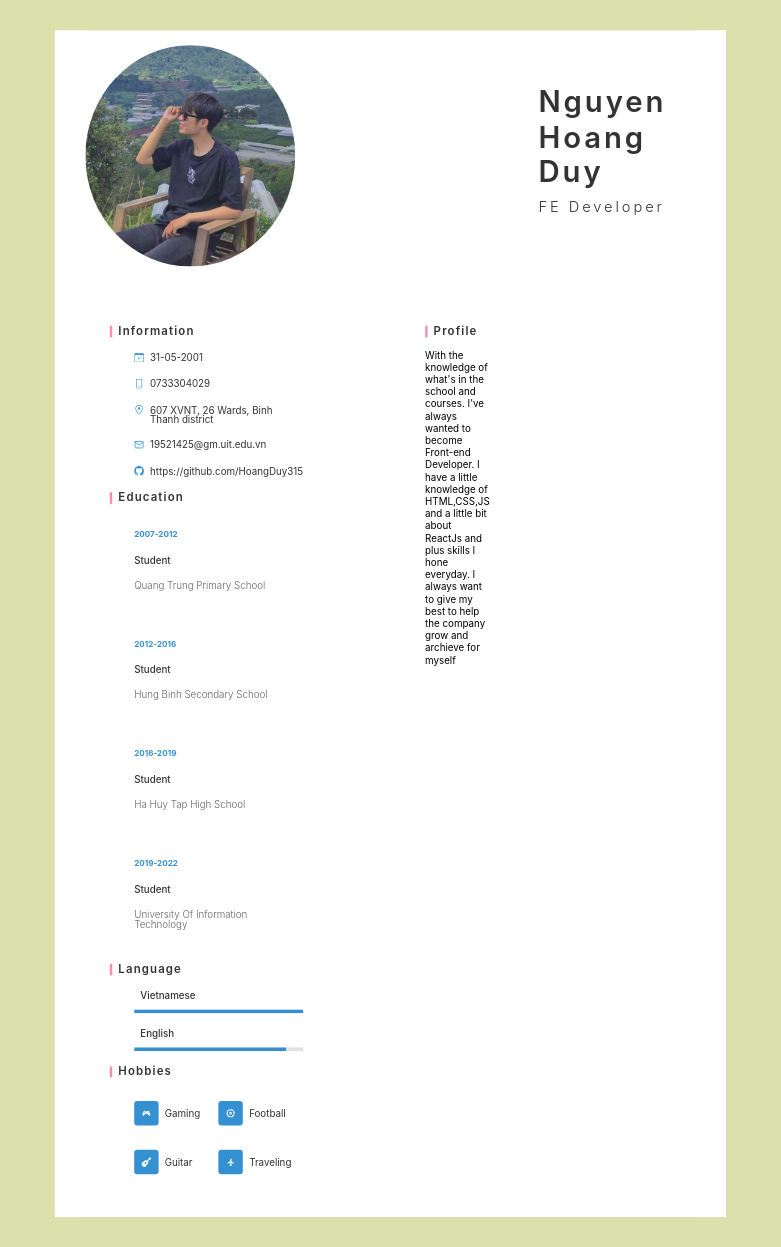
Repository: HoangDuy315/HW_TVK
Page: / (app in hw3cv/)
An editor plug-in stored every save of this project. The page is shown before and after the next save, followed by the edit.
The browser window is 1280 px wide. The pictures show the whole page, at 61% of full size.
The project was rebuilt for these pictures with package versions that can differ from the ones it lists, and the page was loaded fresh each time. Also part of the build but not shown: hw3cv/src/App.css.

Above is the page before, as saved 2022-11-02 12:39:04.

### hw3cv/src/App.js
import "./App.css";
import Cv from "./components/Cv";

function App() {
  return (
    <>
      <Cv />
    </>
  );
}

export default App;

### hw3cv/src/components/Cv.jsx
import React from "react";
import "./Cv.css";
import logo from "../assets/123.JPG";
import { BsCalendarCheck, BsPhone, BsGithub } from "react-icons/bs";
import { GoLocation } from "react-icons/go";
import { FiMail } from "react-icons/fi";
import { GiGamepad } from "react-icons/gi";
import { BiFootball } from "react-icons/bi";
import { FaGuitar } from "react-icons/fa";
import { TiPlane } from "react-icons/ti";

const Cv = () => {
  return (
    <div className="bdy">
      <div className="container">
        <div className="top">
          <div className="imgbx">
            <div className="box">
              <img src={logo} className="duy" alt="" />
            </div>
          </div>
          <div className="profile">
            <h3>
              Nguyen Hoang Duy <br /> <span>FE Developer</span>
            </h3>
          </div>

          <div className="contentBox">
            <div className="leftSide">
              <h3>Information</h3>
              <ul>
                <li>
                  <span className="icon">
                    <BsCalendarCheck />
                  </span>
                  <span className="text">31-05-2001</span>
                </li>
                <li>
                  <span className="icon">
                    <BsPhone />
                  </span>
                  <span className="text">0733304029</span>
                </li>
                <li>
                  <span className="icon">
                    <GoLocation />
                  </span>
                  <span className="text">
                    607 XVNT, 26 Wards, Binh Thanh district
                  </span>
                </li>
                <li>
                  <span className="icon">
                    <FiMail />
                  </span>
                  <span className="text">19521425@gm.uit.edu.vn</span>
                </li>
                <li>
                  <span className="icon">
                    <BsGithub />
                  </span>
                  <span className="text">https://github.com/HoangDuy315</span>
                </li>
              </ul>

              <h3>Education</h3>
              <ul className="education">
                <li>
                  <h5>2007-2012</h5>
                  <h4>Student</h4>
                  <h6>Quang Trung Primary School</h6>
                </li>
                <li>
                  <h5>2012-2016</h5>
                  <h4>Student</h4>
                  <h6>Hung Binh Secondary School</h6>
                </li>
                <li>
                  <h5>2016-2019</h5>
                  <h4>Student</h4>
                  <h6>Ha Huy Tap High School</h6>
                </li>
                <li>
                  <h5>2019-2022</h5>
                  <h4>Student</h4>
                  <h6>University Of Information Technology</h6>
                </li>
              </ul>

              <h3>Language</h3>
              <ul className="language">
                <li>
                  <span className="text">Vietnamese</span>
                  <span className="percent">
                    <div className="wi"></div>
                  </span>
                </li>
                <li>
                  <span className="text">English</span>
                  <span className="percent">
                    <div className="wi2"></div>
                  </span>
                </li>
              </ul>

              <h3>Hobbies</h3>
              <ul className="interest">
                <li>
                  <span className="icon">
                    <GiGamepad />
                  </span>
                  <span>Gaming</span>
                </li>
                <li>
                  <span className="icon">
                    <BiFootball />
                  </span>
                  <span>Football</span>
                </li>
                <li>
                  <span className="icon">
                    <FaGuitar />
                  </span>
                  <span>Guitar</span>
                </li>
                <li>
                  <span className="icon">
                    <TiPlane />
                  </span>
                  <span>Traveling</span>
                </li>
              </ul>
            </div>

            <div className="rightSide">
              <div className="about">
                <h3>Profile</h3>
                <p className="textx">
                  With the knowledge of what's in the school and courses. I've
                  always wanted to become Front-end Developer. I have a little
                  knowledge of HTML,CSS,JS and a little bit about ReactJs and
                  plus skills I hone everyday. I always want to give my best to
                  help the company grow and archieve for myself
                </p>
              </div>
            </div>
          </div>
        </div>
      </div>
    </div>
  );
};

export default Cv;

### hw3cv/src/components/Cv.css
body {
  background: rgb(219, 224, 172);
}

#toggle {
  position: fixed;
  top: 20px;
  right: 20px;
  width: 60px;
  height: 60px;
  background: #03a9f4;
  cursor: pointer;
  display: flex;
  justify-content: center;
  align-items: center;
}

#toggle::before {
  content: "";
  position: absolute;
  width: 28px;
  height: 2px;
  background: #fff;
  transform: translateY(-5px);
  transition: 0.2s;
}

#toggle::after {
  content: "";
  position: absolute;
  width: 28px;
  height: 2px;
  background: #fff;
  transform: translateY(5px);
  transition: 0.2s;
}

#toggle.active::before {
  transform: translateY(0px) rotate(45deg);
}

#toggle.active::after {
  transform: translateY(0px) rotate(-45deg);
}

#sidebar {
  position: fixed;
  top: 0;
  left: -170px;
  width: 170px;
  height: 100vh;
  background: #ff8bb3;
  transition: 0.5s;
}

#sidebar.active {
  left: 0px;
}

#sidebar ul {
  position: relative;
  margin-top: 130px;
}

#sidebar ul li {
  list-style: none;
  display: inline-block;
  width: 100%;
  padding: 30px;
  margin-left: -35px;
  font-size: 18px;
  font-weight: bold;
  transition: all 0.5s ease;
}

#sidebar ul li:hover {
  transform: scale(1.3);
}

#sidebar ul li a {
  color: #fff;
  text-decoration: none;
  font-style: 1.5em;
  letter-spacing: 2px;
}

/* =========================================================== */
.bdy {
  display: flex;
  justify-content: center;
  align-items: center;
}

.container {
  position: relative;
  width: 100%;
  max-width: 1000px;
  background: #fff;
  margin: 50px;
  /* box-shadow: 0 50px 70px rgba(0, 0, 0, 0.1); */
  border-left: 50px solid #fff;
  border-right: 50px solid #fff;
}

.container .top {
  position: relative;
  display: grid;
  grid-template-columns: 1fr 2fr;
}

.container .top .imgbx {
  position: relative;
  width: 100%;
  display: flex;
  align-items: center;
}

.container .top .imgbx .box {
  position: relative;
  width: 70%;
  min-width: 200px;
  border-radius: 50%;
}

.container .contentBox {
  position: relative;
  display: grid;
  grid-template-columns: 1fr 2fr;
  padding: 0 40px 40px;
  margin-top: 50px;
}

.container .contentBox h3 {
  border-left: 4px solid #ff8bb3;
  padding-left: 10px;
  line-height: 1em;
  font-weight: 600;
  color: #333;
  letter-spacing: 0.1em;
}

.container .contentBox ul {
  position: relative;
  margin: 10px 0;
}

.container .contentBox ul li {
  list-style: none;
  margin: 25px 0;
  line-height: 1em;
  color: #333;
  cursor: pointer;
  display: flex;
}

.container .contentBox ul li ion-icon {
  font-size: 1.2em;
  margin-right: 10px;
  color: #3590d2;
}

.icon {
  color: #3590d2;
}

.text {
  margin-left: 10px;
}

.container .contentBox ul.education li {
  flex-direction: column;
  margin: 20px 0;
  line-height: -3px;
}
h5 {
  color: #3590d2;
}
h4 {
  color: #333;
  font-weight: 500;
  margin: 5px 0;
}
h6 {
  margin-top: 20px;
  color: #666;
  font-weight: 300;
  font-size: 1em;
}
.language li {
  flex-direction: column;
}
.language li span {
  color: #333;
  font-size: 16px;
  font-weight: 500;
}
.language .percent {
  position: relative;
  width: 100%;
  background: #e3e3e3;
  height: 6px;
  margin-top: 15px;
  display: block;
  overflow: hidden;
}

.language .percent div {
  position: absolute;
  top: 0;
  left: 0;
  height: 100%;
  background: #3590d2;
}

.wi {
  width: 100%;
}

.wi2 {
  width: 90%;
}
.container .contentBox ul.interest {
  position: relative;
  display: grid;
  grid-template-columns: 1fr 1fr;
}
.container .contentBox ul.interest li {
  display: flex;
  align-items: center;
  gap: 10px;
  margin: 20px 0;
}
.container .contentBox ul.interest li .icon {
  position: relative;
  width: 40px;
  height: 40px;
  background: #3590d2;
  color: #fff;
  border-radius: 5px;
  display: flex;
  justify-content: center;
  align-items: center;
}
.container .contentBox ul.interest li .icon ion-icon {
  color: #fff;
  margin-right: 0;
}
p {
  font-style: 300;
}
.rightSide {
  padding-left: 200px;
}

.about .box {
  display: flex;
  flex-direction: row;
  margin: 40px;
}
.about .box .year_company {
  min-width: 150px;
  margin-bottom: 10px;
}
.about .box .year_company .h5:nth-child(1) {
  color: #3590d2;
}
.about .box .text h4 {
  color: #3590d2;
  font-size: 16px;
  margin: 0;
}

.about_skill .box {
  position: relative;
  width: 100%;
  display: grid;
  grid-template-columns: 150px 1fr;
  justify-content: center;
  align-items: center;
}
.about_skill .box h4 {
  color: #333;
  font-weight: 500;
  margin-bottom: 5px;
}
.about_skill .box .percent {
  position: relative;
  width: 100%;
  height: 10px;
  background: #e3e3e3;
}
.about_skill .box .percent div {
  position: relative;
  top: 0;
  left: 0;
  height: 100%;
  background: #3590d2;
}

.duy {
  color: blue;
  position: relative;
  width: 70%;
  min-width: 200px;
  border-radius: 50%;
  overflow: hidden;
}

.container .top .profile {
  position: relative;
  padding: 40px;
  display: flex;
  align-items: center;
}

.container .top .profile h3 {
  font-size: 3em;
  letter-spacing: 0.1em;
  line-height: 1.2em;
  font-weight: 600;
  color: #333;
}

.container .top .profile h3 span {
  position: relative;
  font-size: 0.5em;
  font-weight: 300;
  top: -10px;
}

Loaded but not shown: hw3cv/public/index.html (common file); hw3cv/src/index.js (common file); hw3cv/src/index.css (common file)

After the next save:
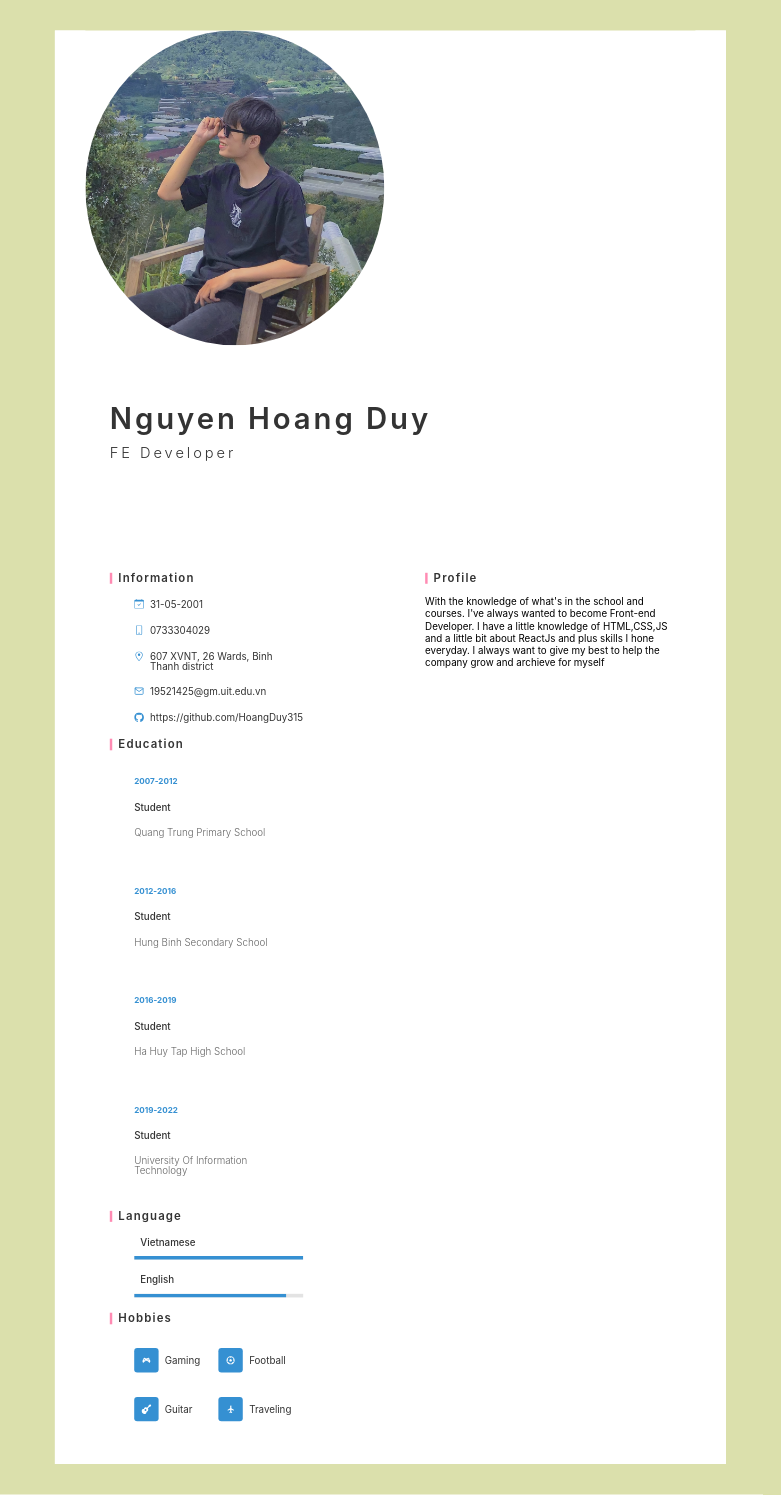
Saved 16 s later.
--- a/hw3cv/src/components/Cv.css
+++ b/hw3cv/src/components/Cv.css
@@ -105,7 +105,7 @@
 .container .top {
   position: relative;
   display: grid;
-  grid-template-columns: 1fr 2fr;
+  /* grid-template-columns: 1fr 2fr; */
 }
 
 .container .top .imgbx {

After the save that followed:
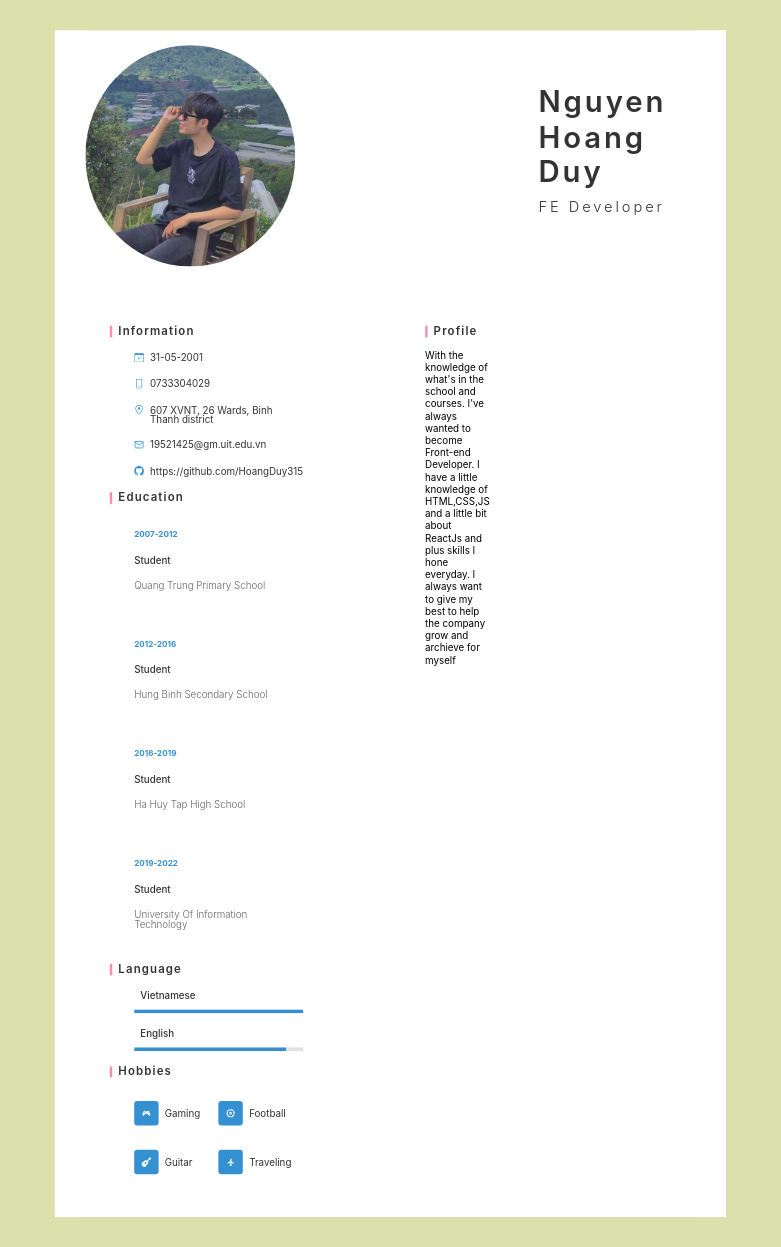
Saved 5 s later.
--- a/hw3cv/src/components/Cv.css
+++ b/hw3cv/src/components/Cv.css
@@ -105,7 +105,7 @@
 .container .top {
   position: relative;
   display: grid;
-  /* grid-template-columns: 1fr 2fr; */
+  grid-template-columns: 1fr 2fr;
 }
 
 .container .top .imgbx {
